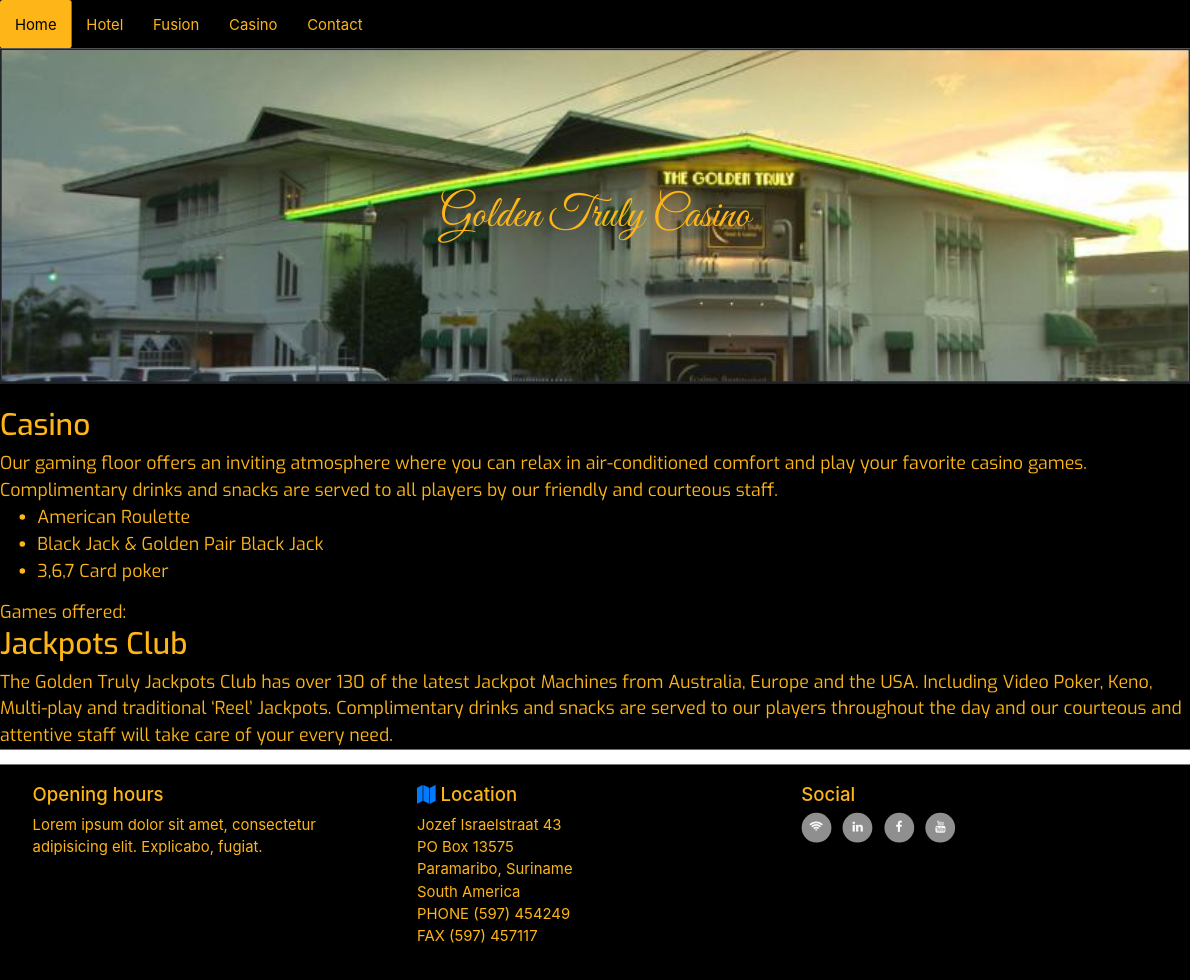
Repository: Code-Institute-Submissions/anthonycaf-Milestone1
Page: casino.html
The author's editor kept a record of every edit. The page is drawn from the files as they stood at one moment, then again after the next edit.
The browser window is 1280 px wide. The pictures show the whole page, at 93% of full size.

Above is the page before.

### casino.html
<!DOCTYPE html>
<html lang="en">

<head>
 <meta charset="UTF-8">
 <meta name="viewport" content="width=device-width, initial-scale=1.0">
 <meta http-equiv="X-UA-Compatible" content="ie=edge">
 <!--             links/bootstrap/fontawsome    -->
 <link rel="stylesheet" href="https://stackpath.bootstrapcdn.com/font-awesome/4.7.0/css/font-awesome.min.css" type="text/css" />
 <link rel="stylesheet" href="https://stackpath.bootstrapcdn.com/bootstrap/4.3.1/css/bootstrap.min.css" type="text/css" />
 <!--             main/css                      -->
 <link rel="stylesheet" href="./css/style.css" type="text/css" />
 <title>Golden Truly Hotel</title>
</head>

<body>
 <header>
  <ul Id="nav-bar">
   <li class="nav-bar-item"><a class="nav-link-item" href="index.html">Home</a></li>
   <li class="nav-bar-item"><a class="nav-link-item" href="hotel.html">Hotel</a></li>
   <li class="nav-bar-item"><a class="nav-link-item" href="fusion.html">Fusion</a></li>
   <li class="nav-bar-item"><a class="nav-link-item" href="casino.html">Casino</a></li>
   <li class="nav-bar-item"><a class="nav-link-item" href="contact.html">Contact</a></li>
  </ul>
  <div class="bg-image-title">
   <a href="index.html" class="img"></a>
   <h1 id="title">Golden Truly Casino</h1>
  </div>
 </header>
 <main>
 <section class="casino">
     <p>
         <h2>Casino</h2>
Our gaming floor offers an inviting atmosphere where you can relax in air-conditioned
comfort and play your favorite casino games.
Complimentary drinks and snacks are served to
all players by our friendly and courteous staff.
 <ul>
      <li>American Roulette</li>
      <li>Black Jack & Golden Pair Black Jack</li>
      <li>3,6,7 Card poker</li>
 </ul>
    Games offered:









<h2>Jackpots Club</h2>

The Golden Truly Jackpots Club has over 130 of the latest Jackpot Machines from Australia,
Europe and the USA. Including Video Poker, Keno, Multi-play and
traditional ‘Reel’ Jackpots.  Complimentary drinks and snacks are served
to our players throughout the day and our courteous and attentive staff will
take care of your every need.
     </p>
 </section>
 </main>
 <footer class="container-fluid">
  <div id="footer-details" class="row">
   <div class="col-sm-4">
    <h5 class="uppercase general-sub">Opening hours</h5>
    <p class="inline-block">
     Lorem ipsum dolor sit amet, consectetur adipisicing elit. Explicabo, fugiat.
    </p>
   </div>
   <div class="col-sm-4">
    <h5 class="uppercase general-sub"> <a href="assets/cv/sample-cv.pdf" target="_blank" class="cv-pdf">
        <i class="fa fa-map marker alt" aria-hidden="true"></i>
        <span class="sr-only">Map link.</span>
       </a>Location</h5>
    <p class="inline-block">Jozef Israelstraat 43<br> PO Box 13575<br> Paramaribo, Suriname<br> South America<br> PHONE (597) 454249<br> FAX (597) 457117
    </p>

   </div>
   <div class="col-sm-4">
    <h5 class="uppercase general-sub">Social</h5>
    <ul class="list-inline social-links">
     <li class="list-inline-item">
      <a href="#" target="_blank">
          <i class="fa fa-wifi" aria-hidden="true"></i>
          <span class="sr-only">wifi</span>
         </a>
     </li>
     <li class="list-inline-item">
      <a href="#" target="_blank">
          <i class="fa fa-linkedin" aria-hidden="true"></i>
          <span class="sr-only">Linkedin</span>
         </a>
     </li>

     <li class="list-inline-item">
      <a href="#" target="_blank">
          <i class="fa fa-facebook" aria-hidden="true"></i>
          <span class="sr-only">facebook</span>
         </a>
     </li>

     <li class="list-inline-item">
      <a href="#" target="_blank">
          <i class="fa fa-youtube" aria-hidden="true"></i>
          <span class="sr-only">youtube</span>
         </a>
     </li>
    </ul>
   </div>
  </div>
 </footer>


</body>

</html>

### css/style.css
 /*------------google-fonts----------*/

 @import url('https://fonts.googleapis.com/css?family=Exo:100,200,300,400,500,600,700|Great+Vibes&display=swap:100,200,300,400,500,600,700');

 body {
  margin: 0;
 }

 /*------------- images --------------*/

 .master-img1 {
  background-image: url(../images/master1.jpg);
 }

 .master-img2 {
  background-image: url(../images/housekeeping.jpg);
 }

 .master-img3 {
  background-image: url(../images/design-lobby-ceiling.jpg);
 }

 .suite-img1 {
  background-image: url(../images/suit1.jpg);
 }

 .suite-img2 {
  background-image: url(../images/suite2.jpg);
 }

 .suite-img3 {
  background-image: url(../images/suite3.jpg);
 }

 .bg-image-title {
  background: url("../images/golden-truly-hotel.jpg");
 }

 /*------------main----------*/

 main {
  font-family: "Exo", sans-serif;
  font-size: 1.2em;
  width: 100%;
  background-color: #000000;
  color: #fdb517;
  margin: 0 auto;
  padding-top: 10px;

 }

 .bg-image-title {
  background-clip: border-box;
  background-position: center;
  background-repeat: no-repeat;
  background-size: cover;
  transition: all .5s ease-in-out;
  -moz-transition: all .5s ease-in-out;
  -webkit-transition: all .5s ease-in-out;
  height: 360px;
  border: 2px solid;
 }

 #title {
  color: #fdb517;
  font-family: "Great Vibes", sans-serif;
  font-size: 3em;
  text-align: center;
  padding-top: 150px;
 }

 #welcome {
  color: #fdb517;
  font-family: "Great Vibes", sans-serif;
  font-size: 2.5em;

 }

 .dl-list {
  max-width: 70%;
 }
/*------------ Section ------*/
 .section {
  padding-top: 10px;
  padding-bottom: 10px;
  margin: 0 auto;
  max-width: 70%;
 }
 .casino, .fusion {
  margin-bottom: 0;
 }


 /*-----------main nav-bar----------*/

 #nav-bar {
  width: 100vw;
  list-style-type: none;
  margin: 0;
  padding: 0;
  overflow: hidden;
  background-color: #000;
 }

 .nav-bar-item {
  float: left;
 }

 .nav-bar-item .nav-link-item {
  display: inline-block;
  color: #fdb517;
  text-align: center;
  padding: 8px 8px;
  text-decoration: none;
 }

 .nav-bar-item .nav-link-item:hover {
  background-color: #fdb517;
  color: #000000;
  border-radius: 3px;
  transition: all .8s ease-in-out;
 }

 .nav-bar-item {
  display: inline-block;
 }


 dd {
  color: #fafafa;
 }

 .room-services-item {
  margin-bottom: 0px;
  border-bottom-width: 20px;
  padding-bottom: 40px;
 }

 /*----------------iframe -----------*/

 iframe {
  width: 100%;
  height: 360px;
  border: none;
  margin: 0;
 }

 /*-----------main footer----------*/

 .container-fluid {
  background-color: #000000;
  color: #fdb517;

 }

 footer {
  background-color: #525252;
  color: #fafafa;
  min-height: 120px;
  margin: 0;
  padding: 0;
 }

 .social-links {
  padding-bottom: 15px;
 }

 .social-links li a i {
  width: 32px;
  height: 32px;
  padding: 12px 0;
  border-radius: 50%;
  font-size: 13px;
  line-height: 7px;
  text-align: center;
  color: #fafafa;
  background-color: #8f8f8f;
  transition: all 0.35s ease-in-out;
  -moz-transition: all 0.35s ease-in-out;
  -webkit-transition: all 0.35s ease-in-out;
  -o-transition: all 0.35s ease-in-out;
 }

 .social-links li a i:hover {
  background: #fdb517;
 }

 #footer-details {
  padding: 20px;
 }

 /*-----------hotel.html----------*/

 .bg-img-size {

  background-clip: border-box;
  background-position: center;
  background-repeat: no-repeat;
  background-size: cover;
  width: 33.3%;
  height: 150px;
 }


 /*----------- contact.html/form --------*/

 .contact-heading,
 .contact-thanks {
  font-family: "Great Vibes", sans-serif;
  font-weight: 300;
  margin-top: 25px;
  margin-bottom: 20px;

 }

 form {
  padding-top: 10px;
  margin: 0 auto;
  max-width: 70%;
 }

 button[type="submit"] {
  margin-top: 15px;
  margin-bottom: 20px;
  color: #fdb517;
  background-color: #000000;

 }

 /*-------------------------------------Media queries*/

 @media(min-width: 992px) {
  .center-form {
   padding-top: 30px;
   min-height: 240px;
   margin: 0 auto;
   max-width: 50%;
  }
  .section {
   padding-top: 30px;
   padding-bottom: 30px;
   margin: 0 auto;
   max-width: 70%;
  }
  .dl-list {
   max-width: 70%;
  }
  .nav-bar-item .nav-link-item {
   padding: 14px 16px;
  }
 }

After the next edit:
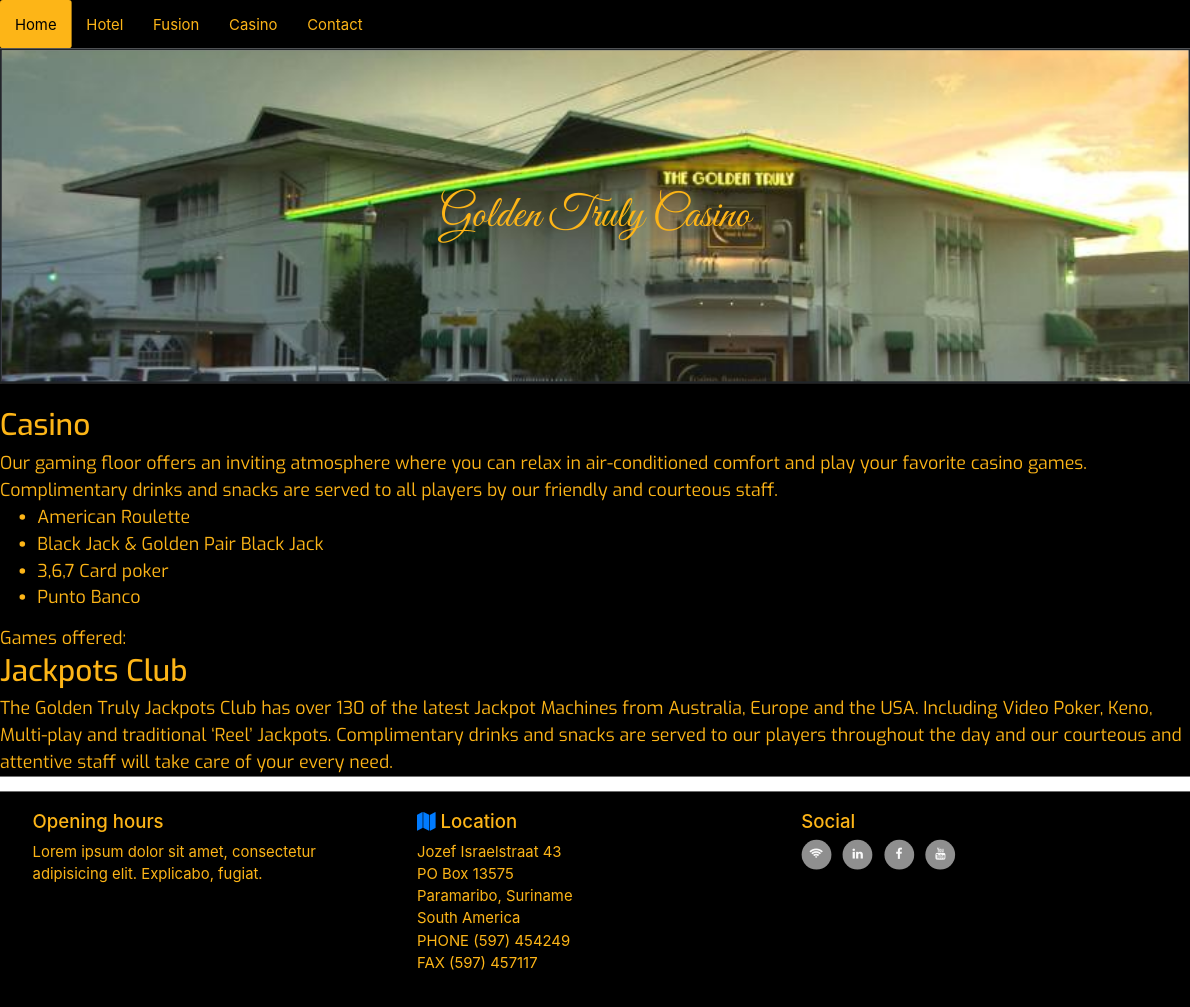
The edit:
--- a/casino.html
+++ b/casino.html
@@ -39,6 +39,7 @@
       <li>American Roulette</li>
       <li>Black Jack & Golden Pair Black Jack</li>
       <li>3,6,7 Card poker</li>
+      <li>Punto Banco</li>
  </ul>
     Games offered:
 
